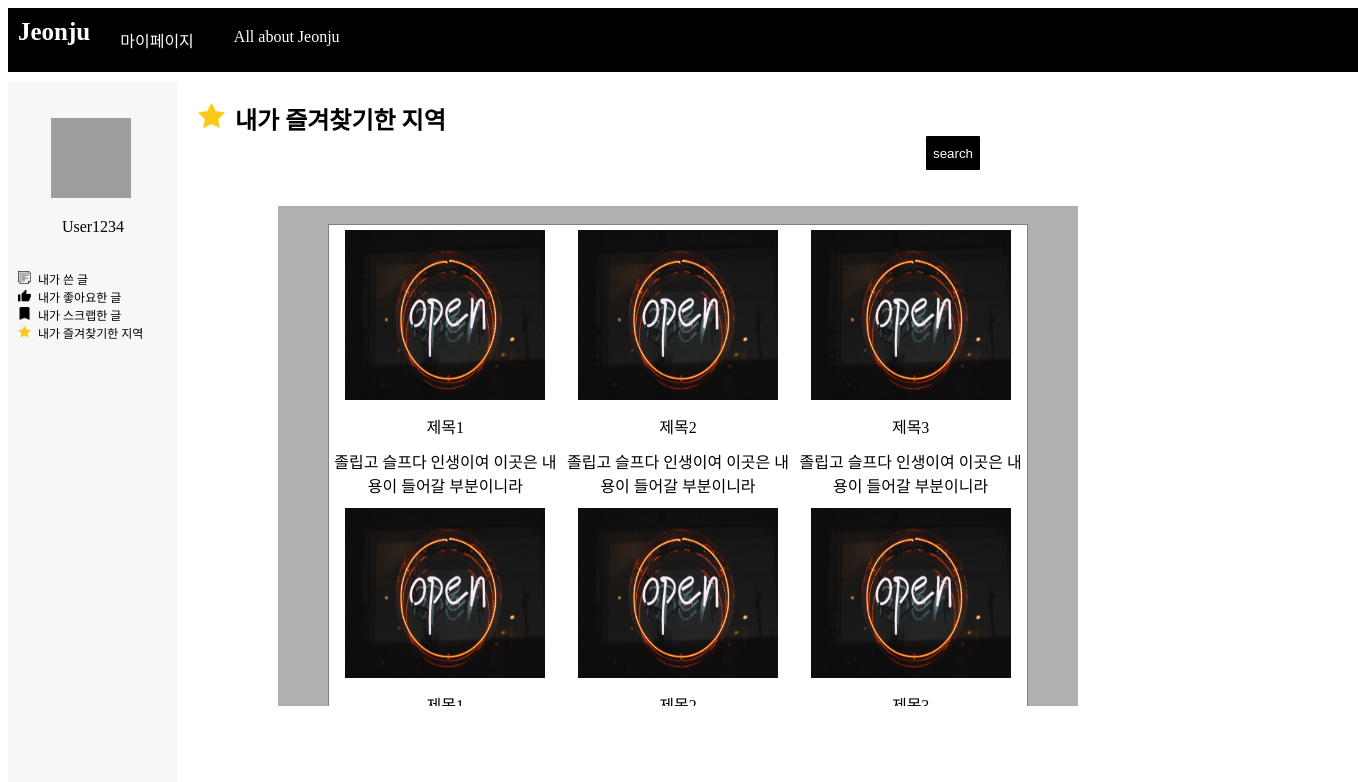
Repository: wka99/WEB-PROJECT
Page: Jeonju/WebContent/UserPage4.html
The author's editor kept a copy of each file at every save. The page is drawn from the files as they stood at one save, then again after the next save.
The browser window is 1280 px wide. The page is 1358 px wide, so the pictures cover 1358 px, including what lies to the right of the window. The pictures show the whole page.
Pictures or frames that could not be fetched are drawn as grey boxes. An inner scrolling area shows only its first screen.

Above is the page before, as saved 2018-12-03 09:26:09.

### Jeonju/WebContent/UserPage4.html
<!DOCTYPE html>
<html>
<head>
<meta content="text/html" charset="EUC-KR">
<title>전주 mypage</title>
<link rel="stylesheet" type="text/css" href="NewFile.css">
</head>
<body>
<div id="container">
	<ul class="menubar">
		<li class="h"><a class="title" href="##"><b>Jeonju</b></a></li>
		<li class="h"><a class="h" href="UserPage.html">마이페이지</a>
			<ul>
				<li><a href="UserPage.html">내가 쓴 글</a></li>
				<li><a href="UserPage2.html">내가 좋아요한 글</a></li>
				<li><a href="UserPage3.html">내가 스크랩한 글</a></li>
				<li><a href="UserPage4.html">내가 즐겨찾기한 글</a></li>
			</ul>
		</li>
		<li class="h"><a class="h" href="##">All about Jeonju</a></li>
	</ul>
    <nav>
    	<br><br>
    	<img id="userImg" src="user.png" width="80px" height="80px"></img>
    	<br><p align="center">User1234</p><br></a>
	<div class="menu">
    	<img id="usermenuimg" src="paper.png"></img>
    	<a href="UserPage.html"><span>&nbsp;내가 쓴 글</span><br></a>
    	<img id="usermenuimg" src="thumb-up-button.png"></img>
    	<a href="UserPage2.html"><span>&nbsp;내가 좋아요한 글</span><br></a>
    	<img id="usermenuimg" src="bookmark-ribbon.png"></img>
    	<a href="UserPage3.html"><span>&nbsp;내가 스크랩한 글</span><br></a>
    	<img id="usermenuimg" src="star.png"></img>
    	<a href="UserPage4.html"><span>&nbsp;내가 즐겨찾기한 지역</span></a>
	</div>
    </nav>
    <section>
    	<div class="title">
    		<img class="bigMenu" id="내가 즐겨찾기한 지역" src="star.png" width="27px" height="27px"></img>
    		<b><font size="5">&nbsp;내가 즐겨찾기한 지역</font></b>
    	</div>
    	<div class="bookmark_posts">
    		<input type="text" class="searchtext" value=""/>
    		<button id="searchbutton" type="button" class="search">search</button>
    	</div>
    	<br><br>
    	<div class="myPost">
    	<br>
    	<table id="user-table">
    		<tbody>
    		<tr>
				<td><img src="ds.jpg" width="200px" height="170px"></td>
				<td><img src="ds.jpg" width="200px" height="170px"></td>
				<td><img src="ds.jpg" width="200px" height="170px"></td>
    		</tr>
    		<tr>
    			<td height="10px">제목1</td>
				<td height="10px">제목2</td>
				<td height="10px">제목3</td>
    		</tr>
    		<tr>
    			<td height="50px">졸립고 슬프다 인생이여 이곳은 내용이 들어갈 부분이니라</td>
				<td height="50px">졸립고 슬프다 인생이여 이곳은 내용이 들어갈 부분이니라</td>
				<td height="50px">졸립고 슬프다 인생이여 이곳은 내용이 들어갈 부분이니라</td>
    		</tr>
    		<tr>
				<td><img src="ds.jpg" width="200px" height="170px"></td>
				<td><img src="ds.jpg" width="200px" height="170px"></td>
				<td><img src="ds.jpg" width="200px" height="170px"></td>
    		</tr>
    		<tr>
    			<td height="10px">제목1</td>
				<td height="10px">제목2</td>
				<td height="10px">제목3</td>
    		</tr>
    		<tr>
    			<td height="50px">졸립고 슬프다 인생이여 이곳은 내용이 들어갈 부분이니라</td>
				<td height="50px">졸립고 슬프다 인생이여 이곳은 내용이 들어갈 부분이니라</td>
				<td height="50px">졸립고 슬프다 인생이여 이곳은 내용이 들어갈 부분이니라</td>
    		</tr>
    		</tbody>
    	</table>
    	</div>
    </section>
</div>
</body>
</html>

### Jeonju/WebContent/NewFile.css
	#container{
		width:1350px;
		margin:0px auto;
	}
	header{
		    		width:100%;
                    height:50px;
                    background-color:black;
                    color:white;
                   }
    .menubar{
    	list-style-type:none;
    	margin:0;
    	padding:0;
    	overflow:hidden;
    	background-color:black;
    }
    li.h{
    	float:left;
    	solid #bbb;
    }
    li.h a.h{
    	display:block;
    	color:white;
    	text-align:center;
    	padding:20px;
    	text-decoration:none;
    }
    li.h a.title{
    	display:block;
    	color:white;
    	text-align:center;
    	padding:10px;
    	text-decoration:none;
    	font-size:25px;
    }
    .menubar li ul{
    	opacity:0.8;
		background: rgb(109,109,109);
		display:none; /* 평상시에는 드랍메뉴가 안보이게 하기 */
		height:auto;
		padding:0px;
		margin:0px;
		border:0px;
		position:absolute;
		width:200px;
		z-index:200;
	}
	.menubar li:hover ul{
		display:block; /* 마우스 커서 올리면 드랍메뉴 보이게 하기 */
	}
	.menubar li li {
	background: rgb(109,109,109);
	display:block;
	float:none;
	margin:0px;
	padding:0px;
	width:200px;
	}
	.menubar li:hover li a{
	background:none;
	}
	.menubar li ul a{
	display:block;
    color:white;
    text-align:left;
    text-decoration:none;
    padding:15px;
	}
	.menubar li ul a:hover, .menubar li ul li:hover a{
	background: rgb(71,71,71);
	border:0px;
	color:#ffffff;
	text-decoration:none;
	}
    li.h a.h:hover{background-color:#dfdfdf;}

    .searchwindow {
	display: inline-block;
	width: 800px; height: 34px;
	border: 1px solid black;
	background: white;
	align:center;
	margin-left:100px;
	}
	.searchtext {
		width: 731px; height: 21px;
		margin: 6px 0 0 9px;
		border: 0;
		line-height: 21px;
		font-size: 16px;
		outline: none;
	}
	.search {
		width: 54px; height: 34px;
		margin: 0; border: 0;
		vertical-align: top;
		background: black;
		color: white;
		border-radius: 1px;
		cursor: pointer;
	}
	.search:hover {
		background: #faa93e;
	}

	.btn-2,
	.btn-2::after {
	  -webkit-transition: all 0.3s;
	    -moz-transition: all 0.3s;
	  -o-transition: all 0.3s;
	    transition: all 0.3s;
	}
	.btn-2{
	  background: none;
	  border: 2px solid #000000;
	  border-radius: 5px;
	  color: #000000;
	  display: block;
	  font-size: 20px;

	  position: relative;
	  text-transform: uppercase;
	}

	.btn-2::before,
	.btn-2::after {
	  background: #000000;
	  content: '';
	  position: absolute;
	  z-index: -1;
	}

	.btn-2:hover {
	  color: #fff;
	}

	.btn-2::after {
	  height: 100%;
	  left: 0;
	  top: 0;
	  width: 0;
	}

	.btn-2:hover:after {
	  width: 100%;
	}


    nav{
            float:left;
            margin-top:10px;
            background-color:#f7f7f7;
            width:170px;
            height:700px;}
    section{
    		float:left;
    	}
    #userImg{margin-left:43px;}
    #usermenuimg{margin-left:10px;width:13px;height:13px;}
	.menu{margin-bottom:5px;}
    nav span{font-size:12px;}
    .menu a{color:black;text-decoration:none;}
    header a{color:white;text-decoration:none;}
    .bigMenu{margin-left:20px; margin-top:30px;}
    .myPost{width:800px; height:500px; margin-left:100px; overflow:auto; background-color:#b0b0b0;}
    #user-table{margin:0 auto;text-align:center;border-collapse:collapse;width:700px;
                border:1px solid gray; background-color:white;}
    #user-table td{padding:5px;}

After the next save:
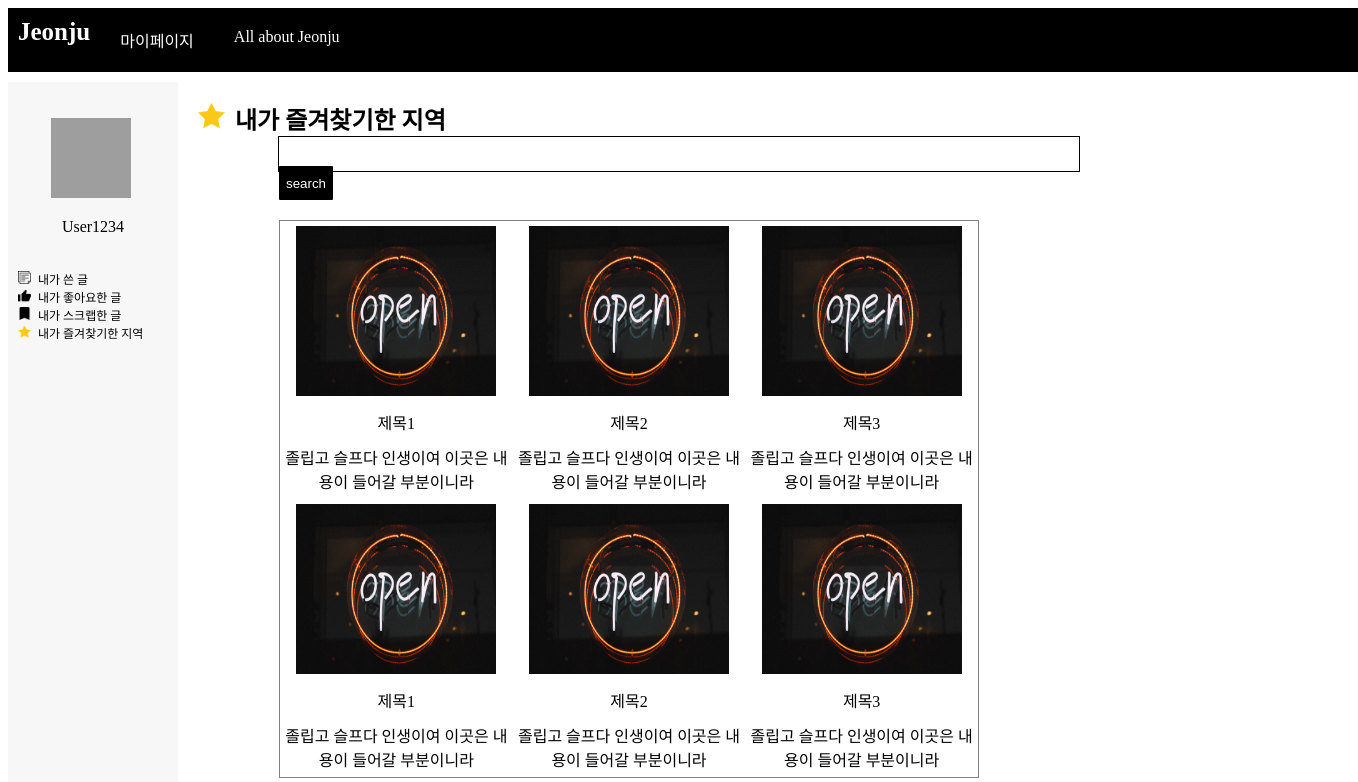
Saved 68 s later.
--- a/Jeonju/WebContent/UserPage4.html
+++ b/Jeonju/WebContent/UserPage4.html
@@ -39,12 +39,12 @@
     		<img class="bigMenu" id="내가 즐겨찾기한 지역" src="star.png" width="27px" height="27px"></img>
     		<b><font size="5">&nbsp;내가 즐겨찾기한 지역</font></b>
     	</div>
-    	<div class="bookmark_posts">
+    	<div class="searchwindow">
     		<input type="text" class="searchtext" value=""/>
     		<button id="searchbutton" type="button" class="search">search</button>
     	</div>
     	<br><br>
-    	<div class="myPost">
+    	<div class="bookmark_posts">
     	<br>
     	<table id="user-table">
     		<tbody>
